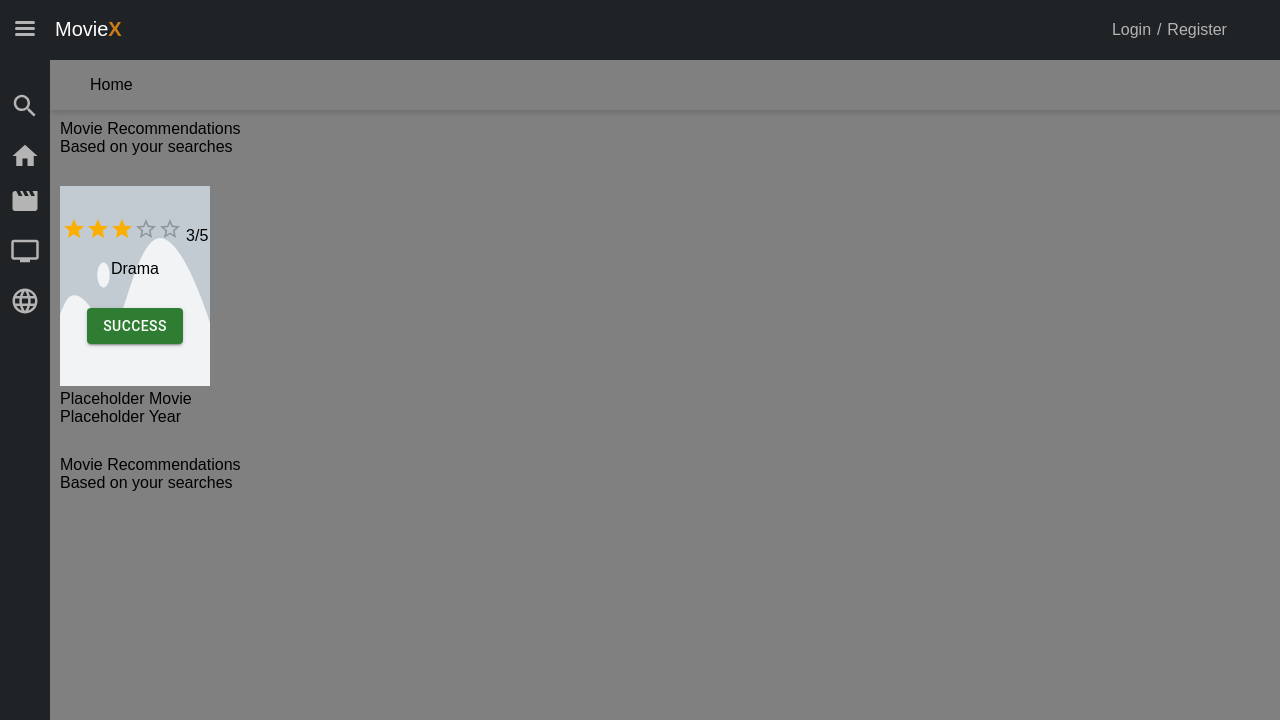
Repository: Amad-Mlinka/MovieTVBrowserNext
Page: /
These files come from the project's save history. The page is drawn as it stood at one moment and after a run of saves; the edit follows.
The browser window is 1280 px wide. The pictures show the whole page.
The project was rebuilt for these pictures with package versions that can differ from the ones it lists, and the page was loaded fresh each time. The framework's server and built-in components were replaced by stand-ins that run in the browser. Also part of the build but not shown: next.config.js.

Above is the page before, as saved 2021-08-06 21:50:29.

After the next 2 saves:
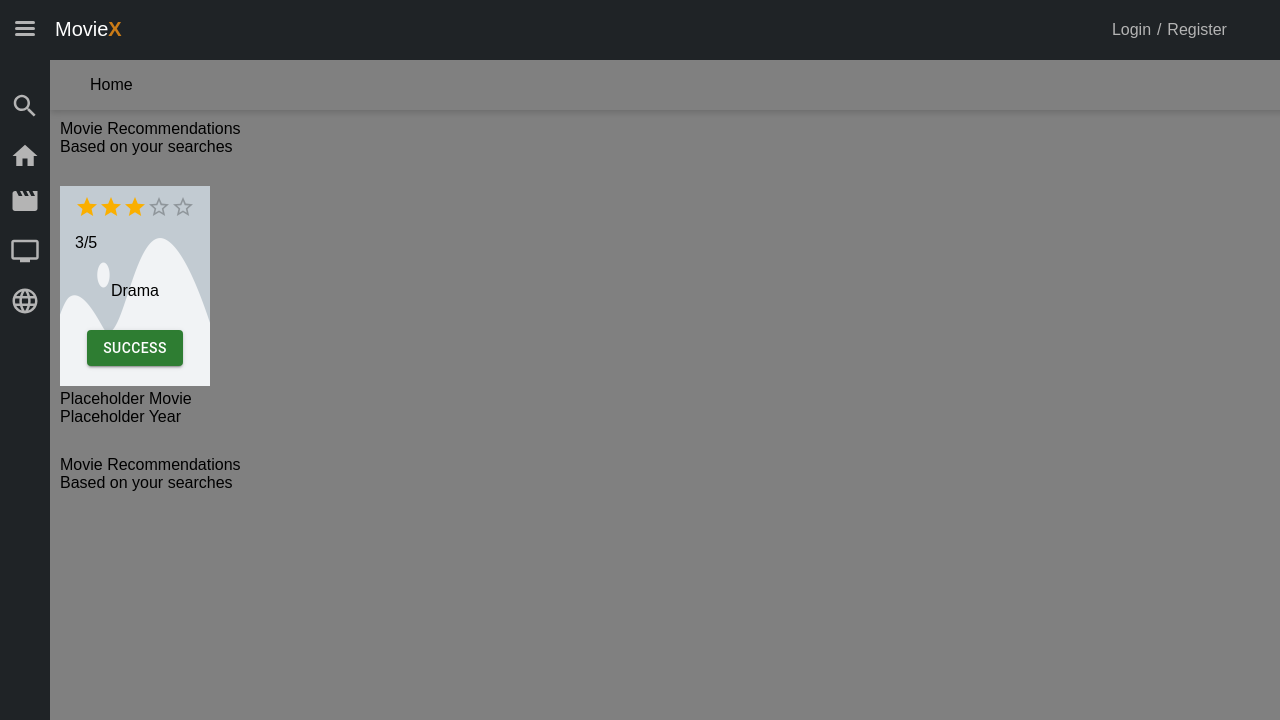
The 2 saves are shown as one change because they came seconds apart.
The last was saved 30 s later.
--- a/styles/Home.module.scss
+++ b/styles/Home.module.scss
@@ -56,3 +56,8 @@
 .mediaOverlayItem{
   margin:15px 0px;
 }
+.mediaRating{
+  display: flex;
+  flex-direction: column;
+  justify-content: center;
+}
